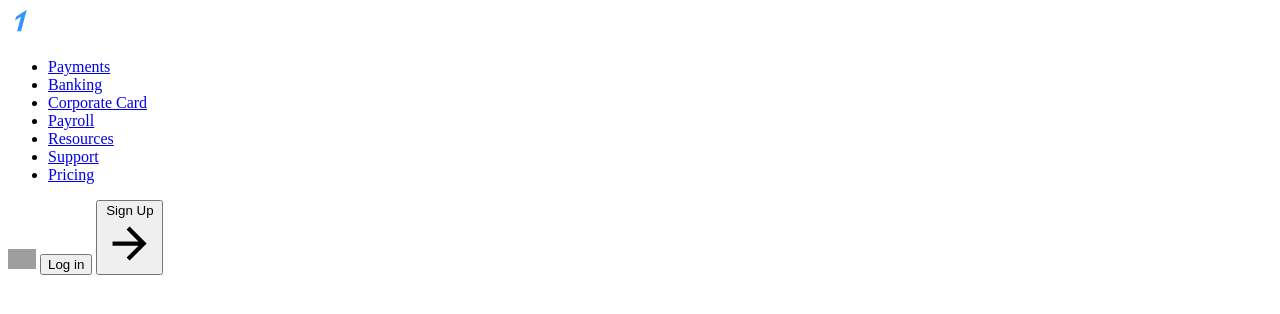
Repository: ashut6138/RozarpayClone
Page: Desktop/RozarpayClone/index.html
An editor plug-in stored every save of this project. The page is shown before and after a run of saves, followed by the edit.
The browser window is 1280 px wide. The pictures show the whole page.
Pictures or frames that could not be fetched are drawn as grey boxes.

Above is the page before, as saved 2025-01-21 23:50:11.

After the next 3 saves:
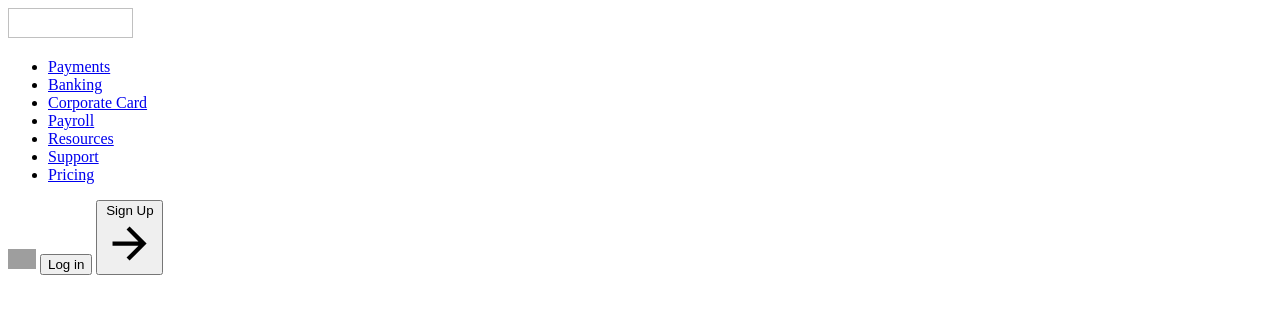
The 3 saves are shown as one change because they came seconds apart.
The last was saved 3 min 36 s later.
--- a/Desktop/RozarpayClone/index.html
+++ b/Desktop/RozarpayClone/index.html
@@ -13,7 +13,7 @@
             <!-- logo -->
             <a href="/" class="cursor-pointer py-7 pr-7">
                 <img
-                src="./images/logo.svg"
+                href="./images/logo.svg"
                 width="125px"
                 height="30px"/>
             </a>

After the 2 saves that followed:
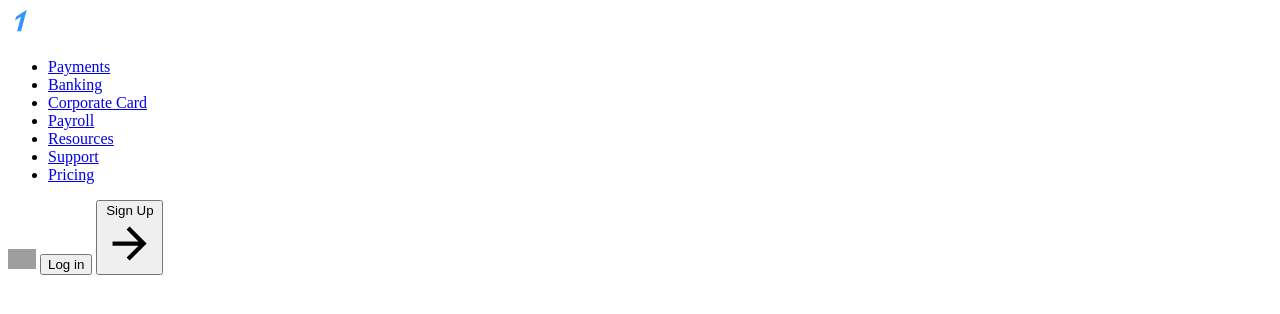
The 2 saves are shown as one change because they came seconds apart.
The last was saved 52 s later.
--- a/Desktop/RozarpayClone/index.html
+++ b/Desktop/RozarpayClone/index.html
@@ -13,7 +13,7 @@
             <!-- logo -->
             <a href="/" class="cursor-pointer py-7 pr-7">
                 <img
-                href="./images/logo.svg"
+                src="./images/logo.svg"
                 width="125px"
                 height="30px"/>
             </a>
